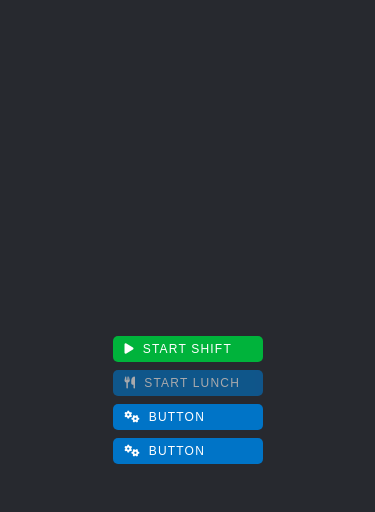
Repository: Philip-Rogers/button-state
Page: index.html
These files come from the project's save history. The page is drawn as it stood at one moment and after a run of saves; the edit follows.
The browser window is 375 px wide. The pictures show the whole page.

Above is the page before, as saved 2024-08-14 21:26:53.

After the next 2 saves:
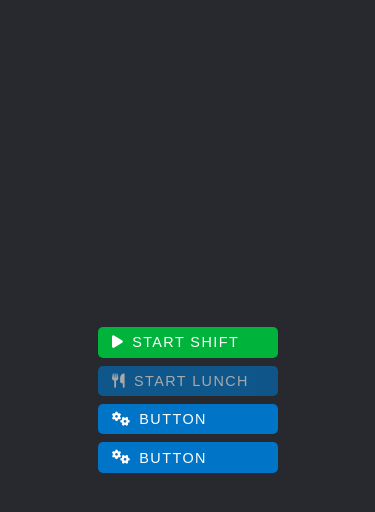
The 2 saves are shown as one change because they came seconds apart.
The last was saved 3 min 40 s later.
--- a/index.css
+++ b/index.css
@@ -22,6 +22,8 @@ body {
     align-items: center;
     height: 100vh;
     margin: 0;
+    overflow: hidden;
+    /* Prevent scrolling */
 }
 
 button {
@@ -84,15 +86,21 @@ button {
 /* Media Queries for Responsive Design */
 @media (max-width: 768px) {
     button {
-        font-size: 1em;
-        width: 250px;
-        padding: 0.75em 1em;
+        font-size: 1.5em;
+        /* 20% larger */
+        width: 360px;
+        /* 20% larger */
+        padding: 1.2em 1.5em;
+        /* 20% larger */
     }
 
     .toggle-button {
-        font-size: 14px;
-        width: 180px;
-        padding: 8px 16px;
+        font-size: 19.2px;
+        /* 20% larger */
+        width: 240px;
+        /* 20% larger */
+        padding: 12px 24px;
+        /* 20% larger */
     }
 
     .button-container {
@@ -102,18 +110,25 @@ button {
 
 @media (max-width: 480px) {
     button {
-        font-size: 0.875em;
-        width: 200px;
-        padding: 0.5em 0.75em;
+        font-size: 1.05em;
+        /* 20% larger */
+        width: 240px;
+        /* 20% larger */
+        padding: 0.6em 0.9em;
+        /* 20% larger */
     }
 
     .toggle-button {
-        font-size: 12px;
-        width: 150px;
-        padding: 6px 12px;
+        font-size: 14.4px;
+        /* 20% larger */
+        width: 180px;
+        /* 20% larger */
+        padding: 7.2px 14.4px;
+        /* 20% larger */
     }
 
     .button-container {
         gap: 8px;
+        align-items: center;
     }
 }
